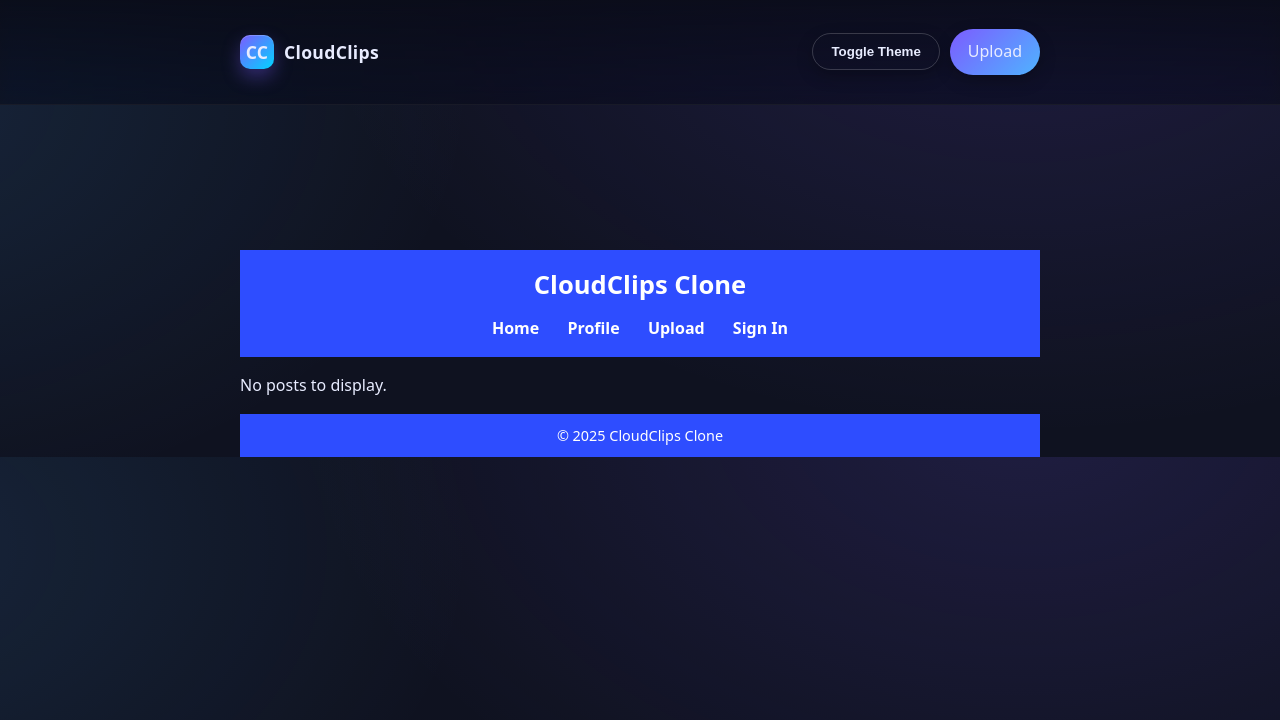
Repository: burhannaseer/CloudClips
Page: index.html
The author's editor kept a copy of each file at every save. The page is drawn from the files as they stood at one save, then again after the next save.
The browser window is 1280 px wide. The pictures show the whole page.

Above is the page before, as saved 2025-08-14 12:17:37.

After the next save:
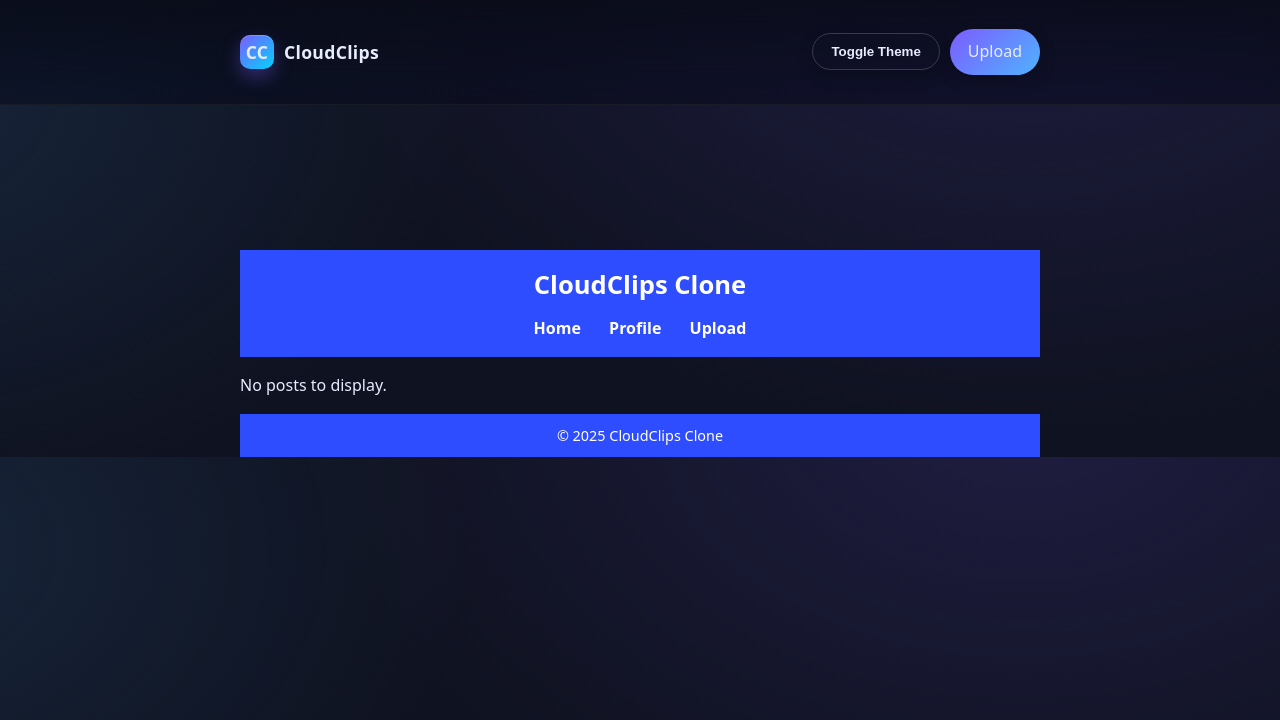
Saved 72 min 31 s later.
--- a/index.html
+++ b/index.html
@@ -5,6 +5,7 @@
   <meta name="viewport" content="width=device-width,initial-scale=1.0"/>
   <title>CloudClips</title>
   <link rel="stylesheet" href="styles.css"/>
+  <script src="global.js"></script>
 </head>
 <header class="navbar">
   <div class="container navbar-inner">
@@ -33,7 +34,7 @@
       <a href="index.html">Home</a>
       <a href="profile.html">Profile</a>
       <a href="upload.html">Upload</a>
-      <a href="signin.html">Sign In</a>
+      <!-- <a href="signin.html">Sign In</a> -->
 
     </nav>
   </header>
